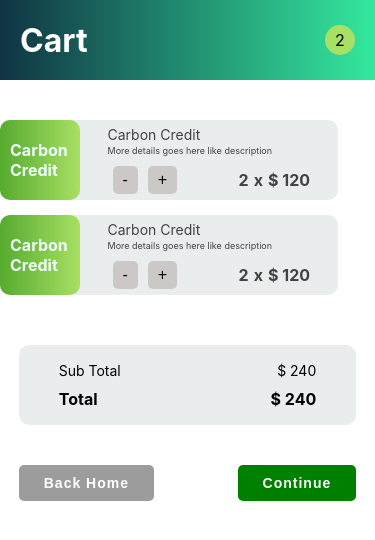
Repository: Yowani24/CarbonApp
Page: /cart
The author's editor kept a copy of each file at every save. The page is drawn from the files as they stood at one save, then again after the next save.
The browser window is 375 px wide. The pictures show the whole page.
The project was rebuilt for these pictures with package versions that can differ from the ones it lists, and the page was loaded fresh each time. The framework's server and built-in components were replaced by stand-ins that run in the browser. Also part of the build but not shown: next.config.js.

Above is the page before, as saved 2021-09-27 12:21:29.

### pages/_app.js
import { useState } from 'react';
import '../styles/globals.css'
import { CreditProvider } from './products/CreditList'

function MyApp({ Component, pageProps }) {
  return (
    <CreditProvider>
      <Component {...pageProps} />
    </CreditProvider>
  );
}

export default MyApp

### pages/cart/index.js
import React from 'react';
import Head from 'next/head'

import styles from './Cart.module.css'
import Link from 'next/link'

import { CreditList } from '../products/CreditList'
import { useContext } from 'react'

export default function Cart(props) {
    const {cartContent} = useContext(CreditList);
    const [cartItems, setCartItems] = cartContent;
    return (
        <>
          <Head>
              <title>Cart</title>
          </Head>
          <header>
              <div className={styles.interface}>
                    <div className={styles.header_content}>
                        <h1>Cart</h1>
                        <p>2</p>
                    </div>
              </div>
          </header>

          <section>
              <div className={styles.interface}>
                  <div className={styles.boxes}>
                      {cartItems.map(item => (
                          <div className={styles.content_box}>
                          <div className={styles.box}>
                              <h3>{item.product}</h3>
                          </div>

                          <div className={styles.product_details}>
                            <div className={styles.description}>
                                <p>{item.product}</p>
                                <p>{item.description}</p>
                            </div>

                            <div className={styles.details_wrapper}>
                                <div className={styles.quantity_controls}>
                                    <button>-</button>
                                    <button>+</button>
                                </div>

                                <div className={styles.current_money}>
                                    <p>2</p>
                                    <span>x</span>
                                    <p>$ {item.price}</p>
                                </div>
                            </div>
                          </div>
                      </div>
                      ))}
                  </div>

                  <div className={styles.total_to_pay_box}>
                      <span>
                          <p>Sub Total</p>
                          <p>$ 240</p>
                      </span>
                      <span>
                          <p>Total</p>
                          <p>$ 240</p>
                      </span>
                  </div>

                  <div className={styles.button_box}>
                      <Link href="/"><button>Back Home</button></Link>
                      <Link href="/payment"><button>Continue</button></Link>
                  </div>
              </div>
          </section>
        </>
    )
}

### styles/globals.css
html,
body {
  padding: 0;
  margin: 0;
  font-family: -apple-system, BlinkMacSystemFont, Segoe UI, Roboto, Oxygen,
    Ubuntu, Cantarell, Fira Sans, Droid Sans, Helvetica Neue, sans-serif;
}

a {
  color: inherit;
  text-decoration: none;
}

* {
  margin: 0;
  box-sizing: border-box;
}

### pages/products/CreditList.js
import React, { useState, createContext } from 'react';

export const CreditList = createContext();

export const CreditProvider = (props) => {
    const [credit, setCredit] = useState([
        {
            id: 1,
            product: 'Carbon Credit',
            price: 120,
            description: 'More details goes here like description'
        },
        {
            id: 2,
            product: 'Carbon Credit',
            price: 120,
            description: 'More details about the product'
        },
        {
            id: 3,
            product: 'Carbon Credit',
            price: 120,
            description: 'More details for the item'
        },
        {
            id: 4,
            product: 'Carbon Credit',
            price: 120,
            description: 'More details to provide about carb cred'
        }

    ]);

    const [cartItems, setCartItems] = useState([
        {
            id: 1,
            product: 'Carbon Credit',
            price: 120,
            description: 'More details goes here like description'
        },
        {
            id: 1,
            product: 'Carbon Credit',
            price: 120,
            description: 'More details goes here like description'
        }
    ]);

    return (
        <CreditList.Provider value={{credits:[credit, setCredit], cartContent:[cartItems, setCartItems] }}>
            {props.children}
        </CreditList.Provider>
    );
}

### pages/cart/Cart.module.css
.interface{
    width: 80%;
    margin: 0 auto;
}

@media (max-width: 780px){
    .interface{
        width: 100%;
    }
}

/* =================HEADER================ */

.header_content{
    display: flex;
    justify-content: space-between;
    align-items: center;
    height: 100px;
    padding: 0 20px;

    background: #34e89e;
    background: -webkit-linear-gradient(to right, #0f3443, #34e89e);
    background: linear-gradient(to right, #0f3443, #34e89e);
}
.header_content h1{
    color: #FFFFFF;
}
.header_content p{
    display: flex;
    justify-content: center;
    align-items:center;
    width: 30px;
    height: 30px;
    border-radius: 100%;
    background: #a8e063;
}

@media (max-width:415px){
    .header_content{
        height: 80px;
    }
}

/* ============================== */
.boxes{
    margin-top: 40px;
}
.content_box{
    width: 100%;
    height: 120px;
    background:rgb(233, 237, 238);
    border-radius: 10px;

    display: flex;
    align-items:center;
    margin: 15px 0;
}
.box{
    width: 120px;
    height: 100%;
    border-radius: 10px;

    background: #00467F;
    background: -webkit-linear-gradient(to right, #56ab2f , #a8e063);
    background: linear-gradient(to right, #56ab2f , #a8e063);


    display: flex;
    justify-content: center;
    align-items: center;
}
.box h3{
    font-size: 25px;
    width: 100px;
    color: azure;
}
.product_details{
    display: flex;
    justify-content: space-between;
    align-items: center;
    width: 80%;
    margin: 0 auto;
    color: hsl(0, 2%, 26%);
}
.description p:nth-child(2){
    margin-top: 5px;
    font-size: 14px;
}
.details_wrapper{
    width: 60%;

    display: flex;
    align-items: center;
    justify-content: space-between;
}
.quantity_controls button{
    border: none;
    padding: 5px 20px;
    margin: 0 5px;
    border-radius: 5px;
    font-size: 16px;
    background: rgb(204, 200, 200);
    cursor: pointer;
}
.quantity_controls button:active{
    background: rgb(148, 146, 146);
}
.current_money{
    display: flex;
    font-size: 16px;
    font-weight: bold;
}
.current_money span{
    padding: 0 20px;
}

@media (max-width: 780px){
    .content_box{
        height: 120px;
        width: 90%;
        margin: 0 auto;
    }
    .details_wrapper{
        width: 50%;
        margin: 0 auto;
        margin-top: 10px;
    }
}
@media (max-width: 415px){
    .content_box{
        height: 80px;
        margin: 15px 0;
    }
    .box{
        width: 80px;
    }
    .box h3{
        font-size: 16px;
        width: 60px;
        color: azure;
    }

    .product_details{
        justify-content: center;
        flex-direction: column;
        width: 60%;
    }
    .description{
        width: 100%;
    }
    .description p:first-child{
        font-size: 14px;
    }
    .description p:nth-child(2){
        margin-top: 2px;
        font-size: 9px;
    }
    .details_wrapper{
        width: 100%;
        margin-top: 10px;
    }
    .quantity_controls button{
        padding: 5px 10px;
    }
    .current_money span{
        padding: 0 5px;
    }
}


/* ==================================== */

.total_to_pay_box{
    width: 100%;
    height: 100px;
    background:rgb(233, 237, 238);
    border-radius: 10px;

    display: flex;
    flex-direction: column;
    justify-content: center;
    margin-top: 50px;
    padding: 0 40px;
}

.total_to_pay_box span{
    display: flex;
    justify-content: space-between;
    margin: 10px 0;
}
.total_to_pay_box span:nth-child(2){
    font-weight: bold;
    font-size: 20px;
}

@media (max-width: 780px){
    .total_to_pay_box{
        height: 100px;
        width: 90%;
        margin: 0 auto;
        margin-top: 50px;
    }
}

@media (max-width: 460px){
    .total_to_pay_box{
        height: 80px;
    }
    .total_to_pay_box span{
        margin: 5px 0;
    }
    .total_to_pay_box span:first-child{
        font-size: 14px;
    }
    .total_to_pay_box span:nth-child(2){
        font-size: 16px;
    }
}



/* ===================================== */


.button_box{
    display: flex;
    justify-content: space-between;
    margin-top: 100px;
}
.button_box button:first-child{
    background: rgb(156, 156, 156);
}
.button_box button:first-child:hover{
    background: rgb(122, 120, 120);
}
.button_box button:first-child:active{
    background: rgb(187, 184, 184);
}
.button_box button{
    border: none;
    background: green;
    padding: 10px 40px;
    font-size: 16px;
    color: #FFFFFF;
    letter-spacing: 1px;
    border-radius: 5px;
    cursor: pointer;
    transition: .1s;
    font-weight: bold;
}
.button_box button:nth-child(2):hover{
    background: rgb(1, 92, 1);
}
.button_box button:nth-child(2):active{
    background: rgb(13, 131, 13);
}

@media (max-width: 780px){
    .button_box{
        width: 90%;
        margin: 0 auto;
        margin-top: 40px;
    }
    .button_box button{
        padding: 16px 50px;
        font-size: 16px;
    }
}

@media (max-width: 460px){
    .button_box button{
        padding: 10px 25px;
        font-size: 14px;
    }
}

Loaded but not shown: pages/api/hello.js (common file)

After the next save:
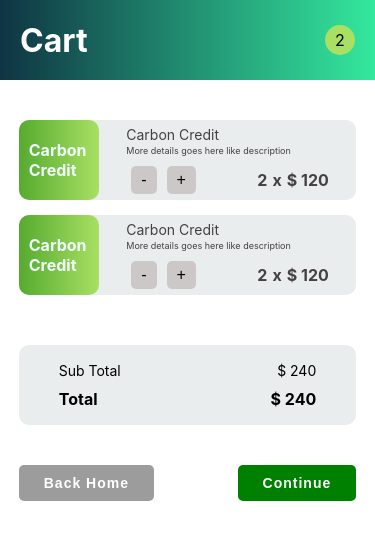
Saved 18 s later.
--- a/pages/cart/Cart.module.css
+++ b/pages/cart/Cart.module.css
@@ -129,7 +129,7 @@
 @media (max-width: 415px){
     .content_box{
         height: 80px;
-        margin: 15px 0;
+        margin: 15px auto;
     }
     .box{
         width: 80px;
